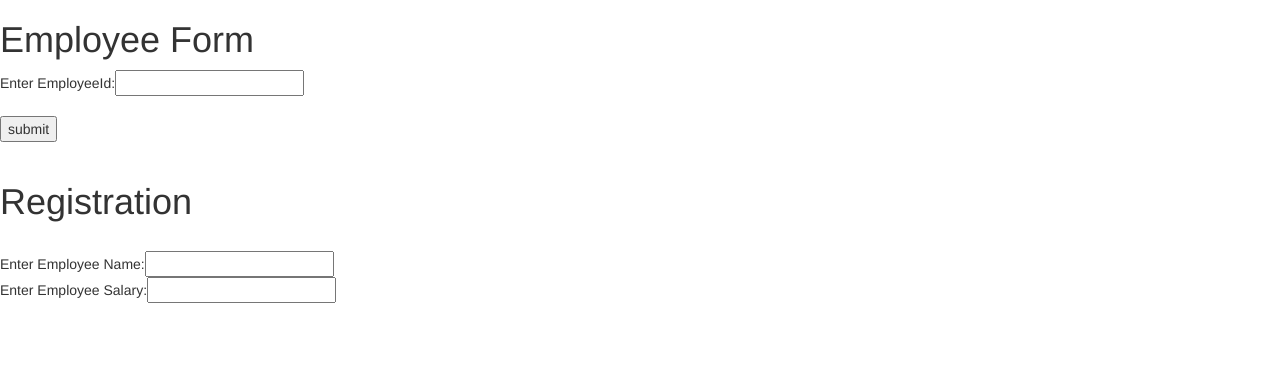
Repository: Mayank-yadav/All-Practise-Codes
Page: http://localhost/jspcrud/
An editor plug-in stored every save of this project. The page is shown before and after the next save, followed by the edit.
The browser window is 1280 px wide. The pictures show the whole page.
Some web libraries are served in a nearby version. The page is served by Tomcat 9.

Above is the page before, as saved 2015-11-30 10:33:40.

After the next save:
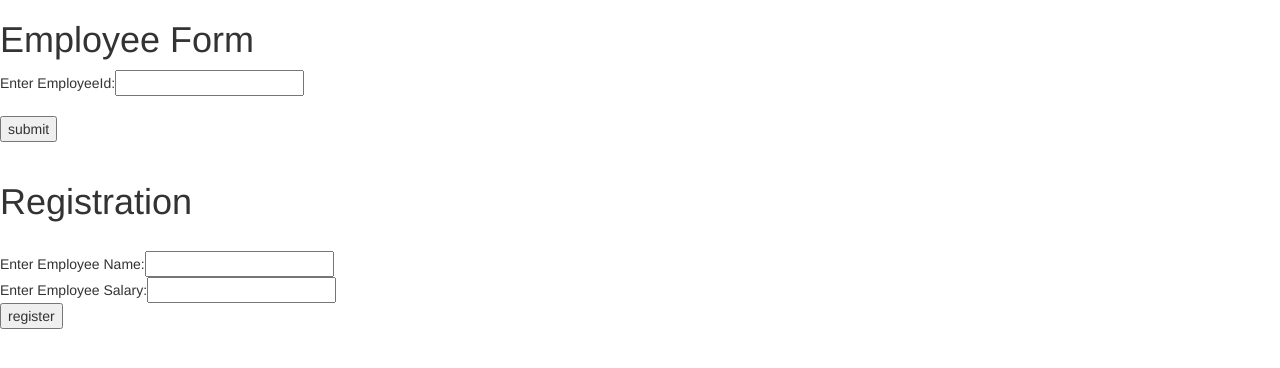
Saved 74 s later.
--- a/jsp_workspace/jspcrud/WebContent/index.jsp
+++ b/jsp_workspace/jspcrud/WebContent/index.jsp
@@ -23,6 +23,7 @@
 				<br/>
 				Enter Employee Salary:<input type="text" name="salary">
 				<br/>
+				<input type="submit" value="register">
 		</form>
 
 
